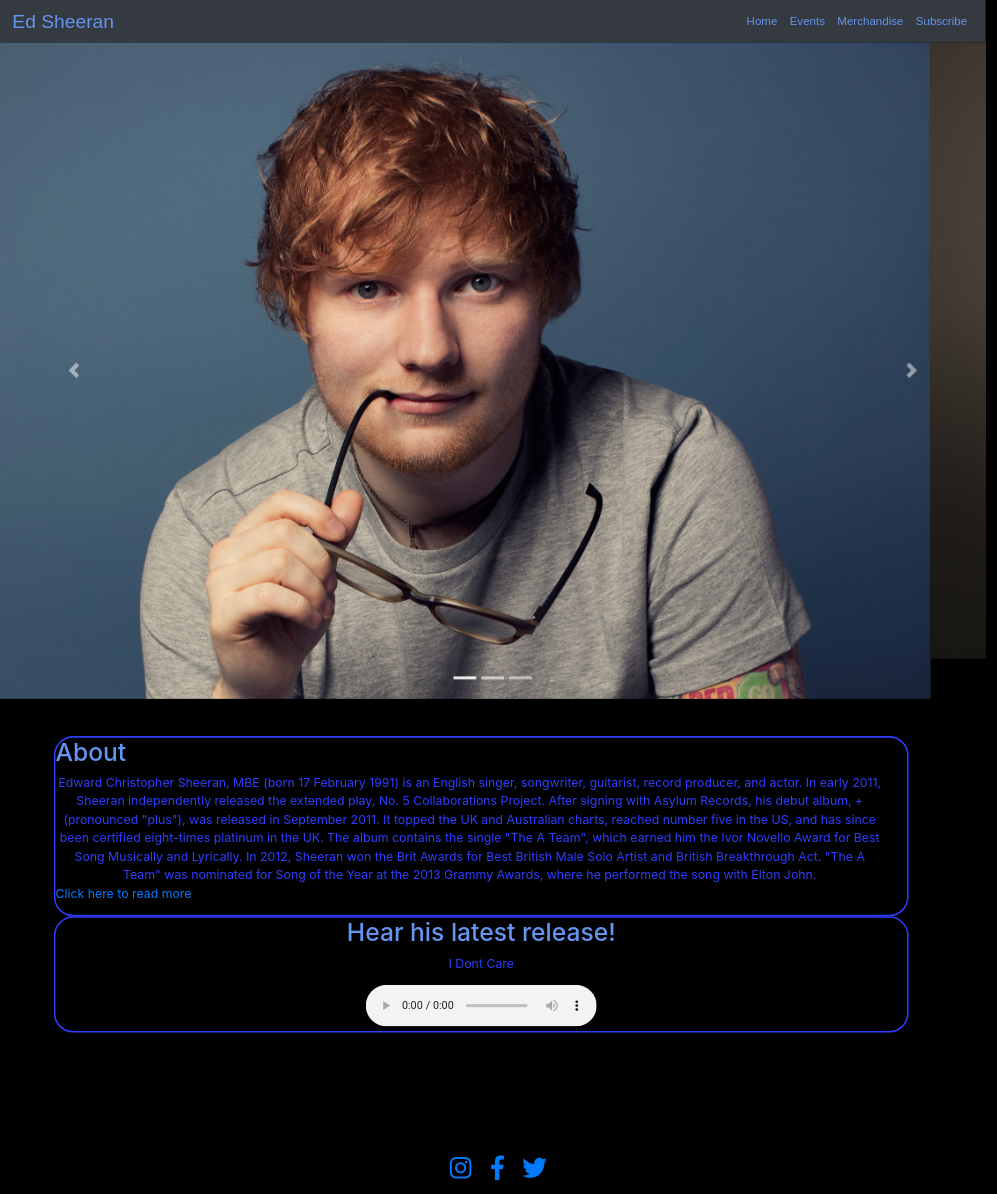
Repository: amit238/milestone-project-1
Page: index.html
The author's editor kept a record of every edit. The page is drawn from the files as they stood at one moment, then again after the next edit.
The browser window is 1280 px wide. The page is 1295 px wide, so the pictures cover 1295 px, including what lies to the right of the window. The pictures show the whole page, at 77% of full size.
Some web libraries are served in a nearby version.

Above is the page before.

### index.html
<!DOCTYPE html>
<html lang="en">

<head>
  <meta charset="UTF-8">
  <meta name="viewport" content="width=device-width, initial-scale=1.0">
  <meta http-equiv="X-UA-Compatible" content="ie=edge">
  <link rel="stylesheet" href="https://maxcdn.bootstrapcdn.com/bootstrap/4.2.1/css/bootstrap.min.css" type="text/css" />
  <link rel="stylesheet" href="https://use.fontawesome.com/releases/v5.0.10/css/all.css" integrity="sha384-+d0P83n9kaQMCwj8F4RJB66tzIwOKmrdb46+porD/OvrJ+37WqIM7UoBtwHO6Nlg" crossorigin="anonymous">
  <link rel="stylesheet" href="assets/css/style.css">
  <title>Ed Sheeran - User Centric Frontend Project</title>
</head>

<body>
  <nav class="navbar navbar-expand-lg navbar-dark bg-dark">
    <a class="edsheeran-brand">Ed Sheeran</a>
    <button type="button" class="navbar-toggler" data-toggle="collapse" data-target="#main-menu" aria-expanded="true">
                <span class="navbar-toggler-icon"></span>
            </button>
    <div id="main-menu" class="navbar-collapse collapse">
      <ul class="navbar-nav ml-auto">
        <li class="nav-item active"><a class="nav-link" href="index.html">Home</a></li>
        <li class="nav-item"><a class="nav-link" href="events.html">Events</a></li>
        <li class="nav-item"><a class="nav-link" href="merchandise.html">Merchandise</a></li>
        <li class="nav-item"><a class="nav-link" href="subscribe.html">Subscribe</a></li>
      </ul>
    </div>
  </nav>
  <div id="carouselExampleCaptions" class="carousel slide" data-ride="carousel">
    <ol class="carousel-indicators">
      <li data-target="#carouselExampleCaptions" data-slide-to="0" class="active"></li>
      <li data-target="#carouselExampleCaptions" data-slide-to="1"></li>
      <li data-target="#carouselExampleCaptions" data-slide-to="2"></li>
    </ol>
    <div class="carousel-inner">
      <div class="carousel-item active">
        <img class="d-block w-100" src="wallpaper.jpg" alt="First Slide">
      </div>
      <div class="carousel-item">
        <img class="d-block w-100" src="ed-sheeran-sitting-down.jpg" alt="Second Slide">
      </div>
      <div class="carousel-item">
        <img class="d-block w-100" src="edsheeranwall.jpg" alt="Third Slide">
      </div>
    </div>
    <a class="carousel-control-prev" href="#carouselExampleCaptions" role="button" data-slide="prev">
    <span class="carousel-control-prev-icon" aria-hidden="true"></span>
    <span class="sr-only">Previous</span>
  </a>
    <a class="carousel-control-next" href="#carouselExampleCaptions" role="button" data-slide="next">
    <span class="carousel-control-next-icon" aria-hidden="true"></span>
    <span class="sr-only">Next</span>
  </a>
  </div>
  <div class="background">
    <div class="container">
      <div class="row about-section">
        <div class="col-12">
          <h2 class="row about-header">About</h2>
          <p class="row about-para">Edward Christopher Sheeran, MBE (born 17 February 1991) is an English singer, songwriter, guitarist, record producer, and actor. In early 2011, Sheeran independently released the extended play, No. 5 Collaborations Project. After signing with
            Asylum Records, his debut album, + (pronounced "plus"), was released in September 2011. It topped the UK and Australian charts, reached number five in the US, and has since been certified eight-times platinum in the UK. The album contains
            the single "The A Team", which earned him the Ivor Novello Award for Best Song Musically and Lyrically. In 2012, Sheeran won the Brit Awards for Best British Male Solo Artist and British Breakthrough Act. "The A Team" was nominated for Song
            of the Year at the 2013 Grammy Awards, where he performed the song with Elton John.<a href="https://en.wikipedia.org/wiki/Ed_Sheeran" target="_top"> Click here to read more</a></p>
        </div>
      </div>
      <div class="row audio-section">
        <div class="col-12">
          <h2 class="audio-header">Hear his latest release!</h2>
          <p>I Dont Care</p>
          <audio class="song" controls>
              <source src="Ed_Sheeran_I_Dont_Care.mp3" type="audio/mpeg">
          </audio>
        </div>
      </div>
    </div>
  </div>

  <footer>
        <hr>
        <div class="row">
            <div class="col-12">
                <ul class="list-inline social-links">
                    <li class="list-inline-item"><a target="_blank" href="https://www.facebook.com"><i></i></a>
                    </li>
                    <li class="list-inline-item"><a href="https://www.instagram.com/teddysphotos/?hl=en"><i class="fab fa-instagram fa-2x fa-fw"></i></a>
                    <li class="list-inline-item"><a href="https://en-gb.facebook.com/EdSheeranMusic"><i class="fab fa-facebook-f fa-2x fa-fw"></i></a>
                    <li class="list-inline-item"><a href="https://twitter.com/edsheeran?lang=en"><i class="fab fa-twitter fa-2x fa-fw"></i></a>
                    </li>
                </ul>
            </div>
        </div>
    </footer>
  <script src="https://code.jquery.com/jquery-3.3.1.slim.min.js" integrity="sha384-q8i/X+965DzO0rT7abK41JStQIAqVgRVzpbzo5smXKp4YfRvH+8abtTE1Pi6jizo" crossorigin="anonymous"></script>
  <script src="https://cdnjs.cloudflare.com/ajax/libs/popper.js/1.14.6/umd/popper.min.js" integrity="sha384-wHAiFfRlMFy6i5SRaxvfOCifBUQy1xHdJ/yoi7FRNXMRBu5WHdZYu1hA6ZOblgut" crossorigin="anonymous"></script>
  <script src="https://stackpath.bootstrapcdn.com/bootstrap/4.2.1/js/bootstrap.min.js" integrity="sha384-B0UglyR+jN6CkvvICOB2joaf5I4l3gm9GU6Hc1og6Ls7i6U/mkkaduKaBhlAXv9k" crossorigin="anonymous"></script>
</body>

</html>

### assets/css/style.css
body {
    background-color: #000000;
}


/*----------NAVBAR------------*/

.navbar.navbar-expand-lg.navbar-dark.bg-dark .edsheeran-brand {
    color: #6594F1;
    font-family: sans-serif;
    font-size: 25px;

}

.navbar.navbar-expand-lg.navbar-dark.bg-dark .nav-link {
    color: #6594F1;
    font-family: sans-serif;
    font-size: 15px;
}

/*----------CAROUSEL------------*/

.size {
    height: 90vh;
    width: 100%;
}

/*------------ABOUT-------------*/

.background {
    background-image: url("../../edsheeranblack.png");
    background-repeat: no-repeat;
    background-position: top right;
}

.container {
    width: 100%;
    color: red;
    position: relative;
    top: 3em;
    height: 35em;
    text-align: center;
}

.about-header {
    color: #6594F1;
}

.audio-header {
    color: #6594F1;
}


.about-section {
    border-radius: 25px;
    border-style: solid;
    border-width: 2px;
    width: 60%;
    padding: 25;
    margin: 25;
    color: #2E3EFF;
}

.audio-section {
    border-radius: 25px;
    border-style: solid;
    border-width: 2px;
    width: 60%;
    padding: 25;
    margin: 25;
    color: #2E3EFF;
}

@media screen and (min-width: 1302px) {
    .container {
        background-image: url("../../edsheeranblack.png") no-repeat;
    }
    .about-para {
        width: 100%;
    }
}

@media only screen and (max-width: 1302px) {
    .background {
        background-image: none;
    }
    .about-para {
        width: 100%;
    }
    .about-section {
        width: 100%;
    }
    .audio-section {
        width: 100%
    }

}

/*---footer---*/

.list-inline {
    text-align: center;
}

a {
    text-align: center;
}

After the next edit:
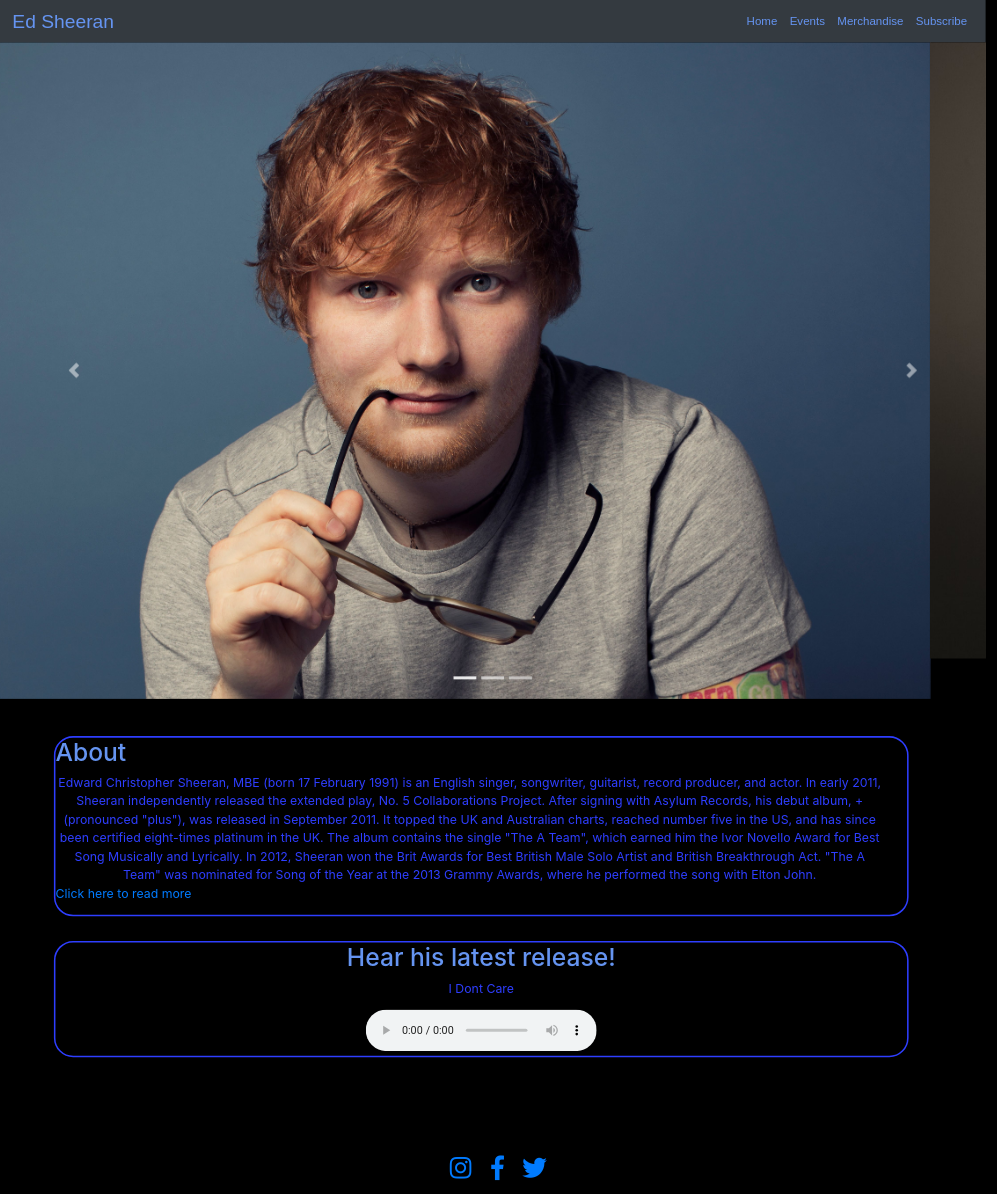
The edit:
--- a/assets/css/style.css
+++ b/assets/css/style.css
@@ -62,6 +62,8 @@
 }
 
 .audio-section {
+    position: relative;
+    top: 2em;
     border-radius: 25px;
     border-style: solid;
     border-width: 2px;
